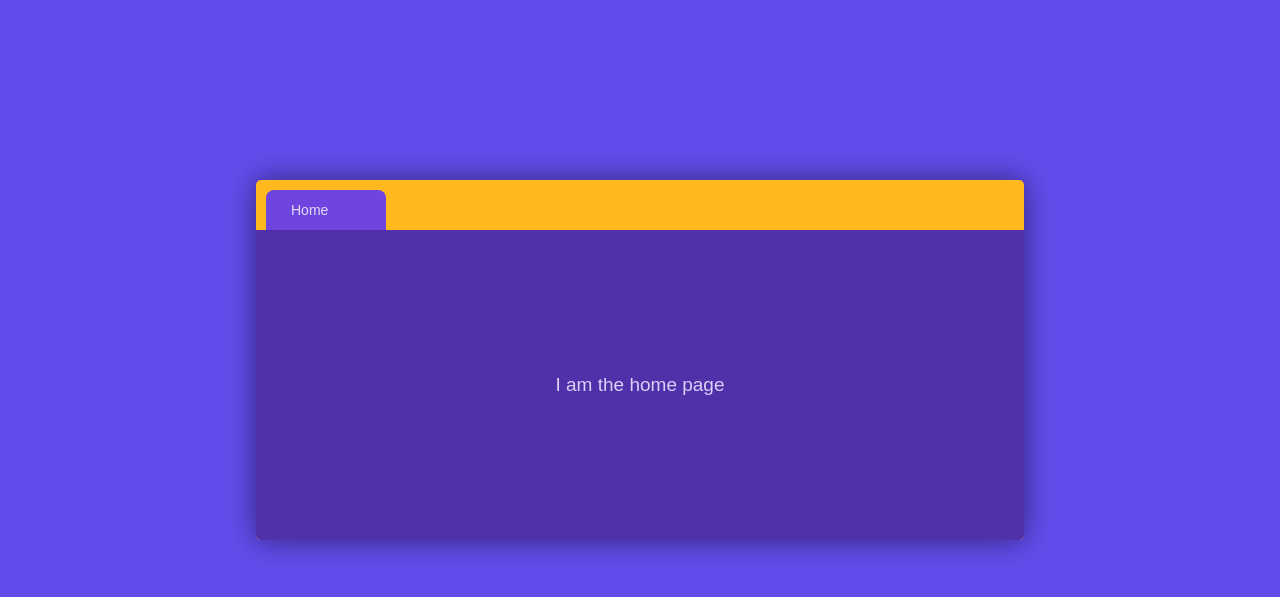
Repository: realistmccoy/browsertab
Page: /
The author's editor kept a copy of each file at every save. The page is drawn from the files as they stood at one save, then again after the next save.
The browser window is 1280 px wide. The pictures show the whole page.
The project was rebuilt for these pictures with package versions that can differ from the ones it lists, and the page was loaded fresh each time. Also part of the build but not shown: src/pages/About.js, src/pages/Contact.js.

Above is the page before, as saved 2020-12-21 20:42:20.

After the next save:
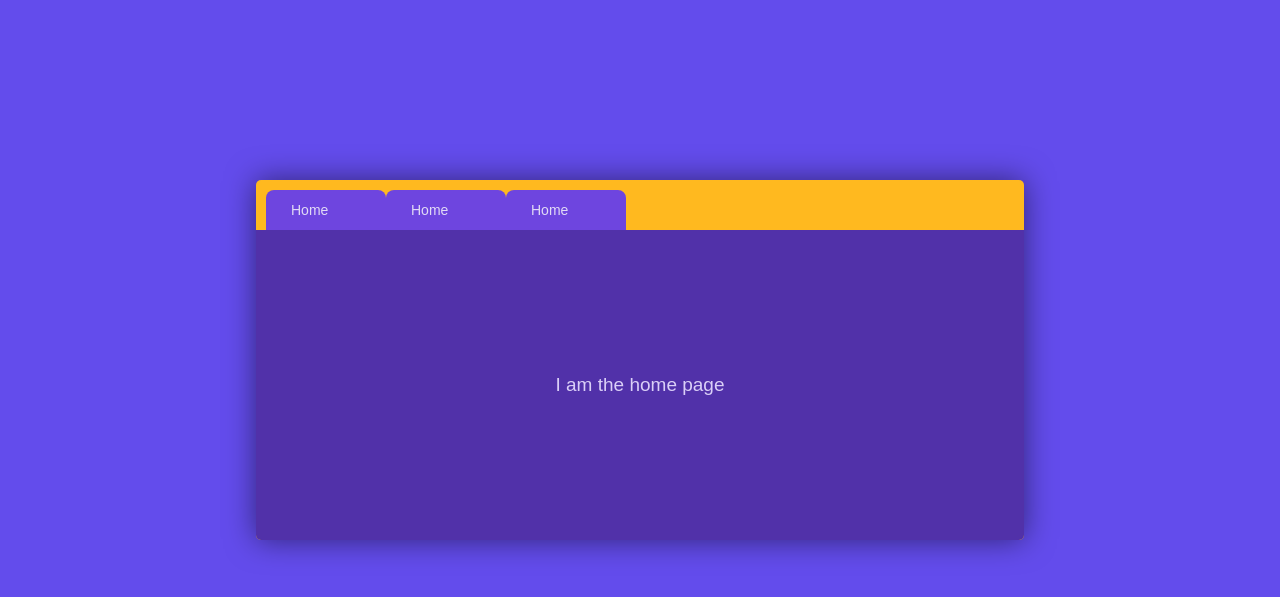
Saved 17 s later.
--- a/src/App.js
+++ b/src/App.js
@@ -12,6 +12,12 @@ function App() {
 			<div className='app'>
 				<div className='browser'>
 					<div className='tabs'>
+            <Tab>
+            <Link to='/'>Home</Link>
+            </Tab>
+            <Tab>
+            <Link to='/'>Home</Link>
+            </Tab>
             <Tab>
             <Link to='/'>Home</Link>
             </Tab>
